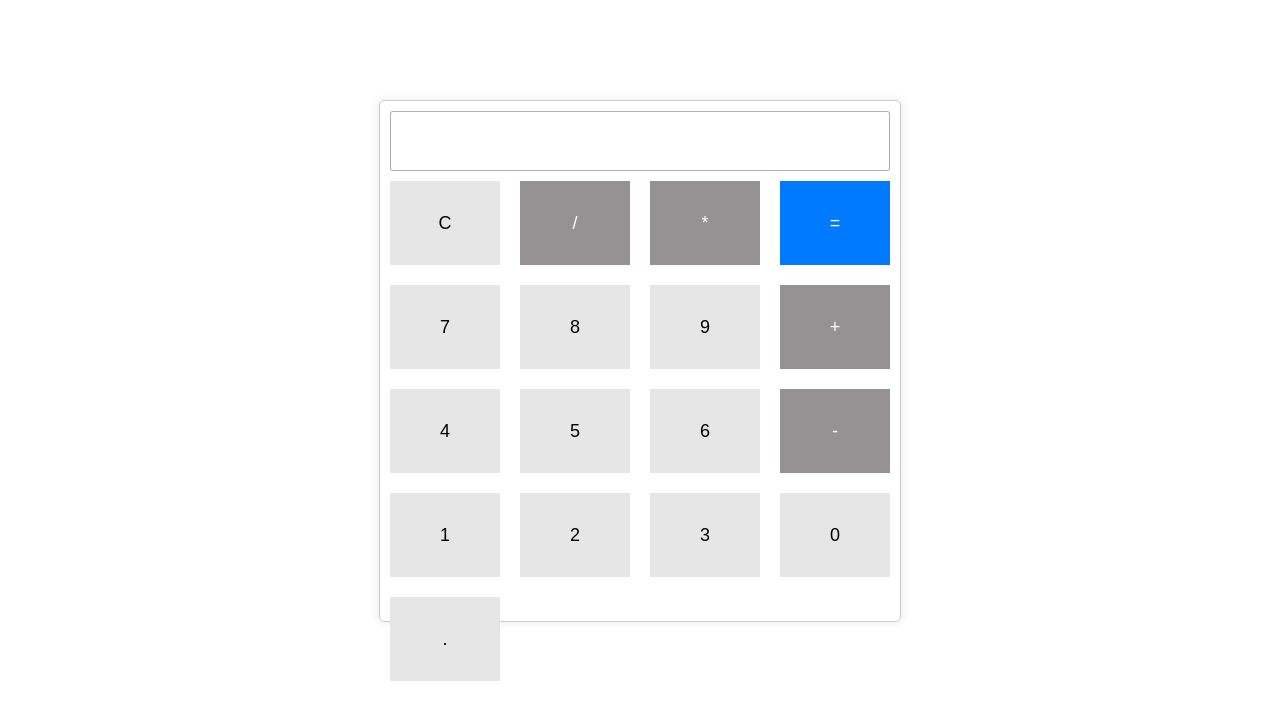
Repository: om9011/calculator
Page: index.html
These files come from the project's save history. The page is drawn as it stood at one moment and after the next save; the edit follows.
The browser window is 1280 px wide. The pictures show the whole page.

Above is the page before, as saved 2024-02-21 11:21:10.

### index.html
<!DOCTYPE html>
<html lang="en">
<head>
  <meta charset="UTF-8">
  <meta name="viewport" content="width=device-width, initial-scale=1.0">
  <title>Calculator</title>
  <link rel="stylesheet" href="styles.css">
</head>
<body>
  <div class="calculator">
    <input type="text" id="display" readonly>
    <div class="buttons">
      <button onclick="clearDisplay()">C</button>
      <button class="operator" onclick="appendToDisplay('/')">/</button>
      <button class="operator" onclick="appendToDisplay('*')">*</button>
      <button class="calculate" onclick="calculate()">=</button>

      <button onclick="appendToDisplay('7')">7</button>
      <button onclick="appendToDisplay('8')">8</button>
      <button onclick="appendToDisplay('9')">9</button>
      <button class="operator" onclick="appendToDisplay('+')">+</button>

      <button onclick="appendToDisplay('4')">4</button>
      <button onclick="appendToDisplay('5')">5</button>
      <button onclick="appendToDisplay('6')">6</button>
      <button class="operator" onclick="appendToDisplay('-')">-</button>

      <button onclick="appendToDisplay('1')">1</button>
      <button onclick="appendToDisplay('2')">2</button>
      <button onclick="appendToDisplay('3')">3</button>
      <button onclick="appendToDisplay('0')">0</button>

      <button onclick="appendToDisplay('.')">.</button>
    </div>
  </div>
  <script src="script.js"></script>
</body>
</html>

### styles.css
.calculator {
  width: 500px;
  height: 500px;
  margin: 100px auto;
  border: 1px solid #ccc;
  padding: 10px;
  border-radius: 5px;
  box-shadow: 0 0 10px rgba(0, 0, 0, 0.1);
}

#display {
  width: calc(100% - 12px);
  height: 48px;
  margin-bottom: 10px;
  padding: 5px;
  font-size: 20px;
  border: 1.5px solid rgba(77, 77, 77, 0.447);
  border-radius: 3px;
  outline: none;
}

.buttons {
  display: grid;
  grid-template-columns: repeat(4, 1fr);
  gap: 20px;
  height: 100%;
}

button {
  padding: 15px;
  font-size: 18px;
  border: none;
  outline: none;
  cursor: pointer;
  background-color: #e7e6e6;
  transition: background-color 0.3s ease;
}

button:hover {
  background-color: #e9ecef;
  color: black;
}

.operator {
  background-color: #969293;
  color: #fff;
}

.calculate {
  background-color: #007bff;
  color: #fff;
}

### script.js
function appendToDisplay(value) {
    document.getElementById('display').value += value;
  }

  function clearDisplay() {
    document.getElementById('display').value = '';
  }

  function calculate() {
    var display = document.getElementById('display');
    try {
      display.value = eval(display.value);
    } catch (error) {
      display.value = 'Error';
    }
  }

After the next save:
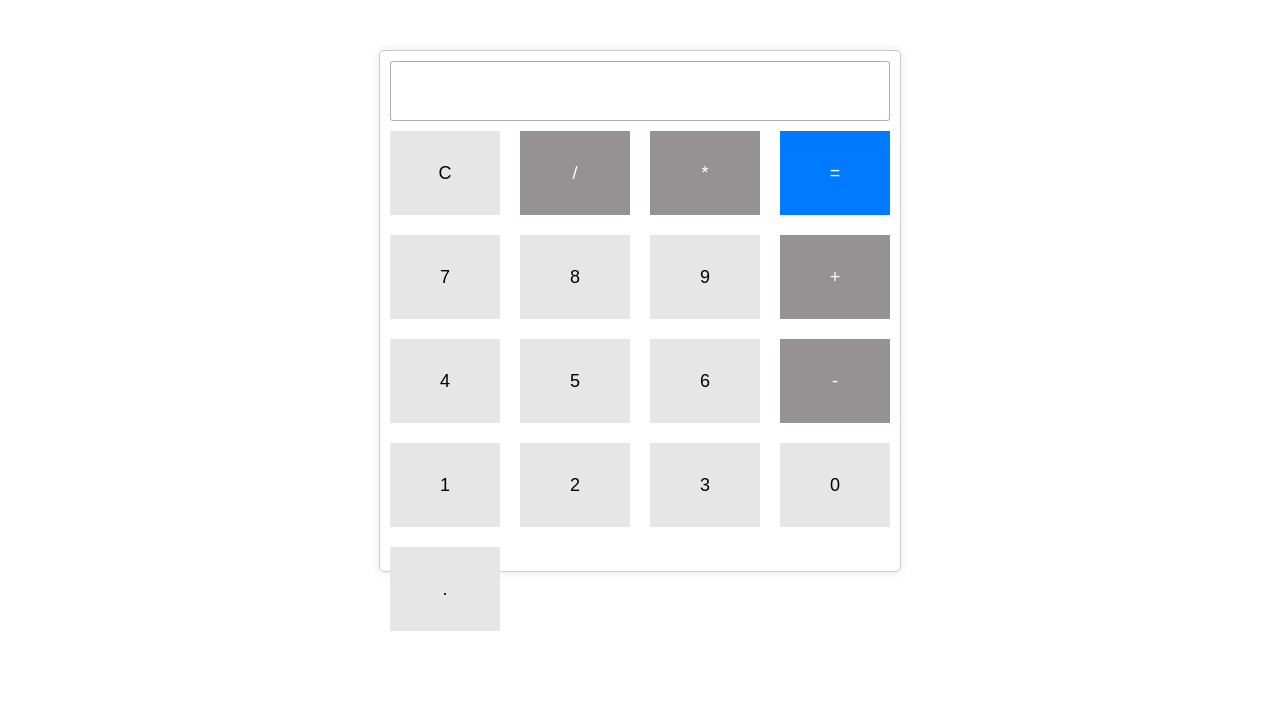
Saved 11 s later.
--- a/styles.css
+++ b/styles.css
@@ -1,7 +1,7 @@
 .calculator {
   width: 500px;
   height: 500px;
-  margin: 100px auto;
+  margin: 50px auto;
   border: 1px solid #ccc;
   padding: 10px;
   border-radius: 5px;
